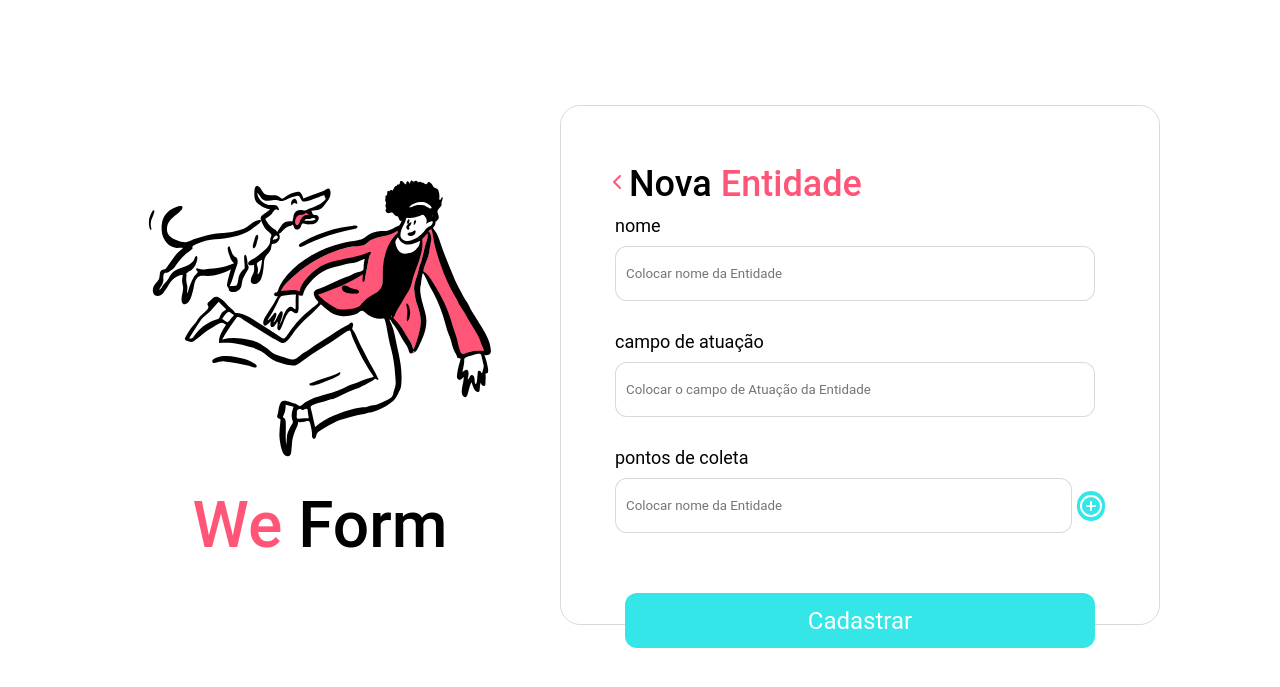
Repository: guilhermecardoso93/we-form
Page: nova-entidade.html
An editor plug-in stored every save of this project. The page is shown before and after a run of saves, followed by the edit.
The browser window is 1280 px wide. The pictures show the whole page.
Some web libraries are served in a nearby version.

Above is the page before, as saved 2024-06-09 18:24:08.

### nova-entidade.html
<!DOCTYPE html>
<html lang="pt-BR">

    <head>
        <meta charset="UTF-8">
        <meta name="viewport" content="width=device-width, initial-scale=1.0">
        <link rel="stylesheet"
            href="https://cdnjs.cloudflare.com/ajax/libs/font-awesome/5.13.1/css/all.min.css">
        <link rel="stylesheet" href="./styles.css">
        <title>We Form</title>
    </head>

    <body>
        <div class="content">

            <aside>
                <img src="./assets/hero.svg"
                    alt="Ilustração mulher com cachorro" />
                <h1>
                    <span>We</span> Form
                </h1>
            </aside>

            <main>
                <div class="header">
                    <a href="/">
                        <img src="./assets/arrow-back.svg" alt="seta" />
                        </a href="/">
                        <h2>Nova <span>Entidade</span></h2>
                    </div>

                    <form>
                        <label form="nome">Nome</label>
                        <input type="text"
                            placeholder="Colocar nome da Entidade" id="nome">

                        <label form="field">Campo de Atuação</label>
                        <input type="text"
                            placeholder="Colocar o campo de Atuação da Entidade"
                            id="field">

                        <div>
                            <label form="points">Pontos de coleta</label>
                            <div class="points-things">
                                <input type="text"
                                    placeholder="Colocar nome da Entidade"
                                    id="points">
                                <button>
                                    <img src="./assets/plus.svg" alt />
                                </button>
                            </div>

                        </div>
                    </form>
                    <div class="buttons">
                        <button>
                            <a href="http://">Cadastrar </a>
                        </div>

                    </main>
                </div>
            </body>

        </html>

### styles.css
* {
  padding: 0;
  margin: 0;
  box-sizing: border-box;
  font-family: Roboto, sans-serif;
}

:root {
  font-size: 62.5%;
  --border-color: .1rem solid rgba(0, 0, 0, 0.15);
}

body {
  font-size: 1.6rem;
  text-decoration: none;
}

.content {
  display: flex;
  flex-wrap: wrap-reverse;
  align-items: center;
  justify-content: center;
  gap: 4rem;
  margin: 10.5rem 0 4rem 0;
}


aside {
  display: flex;
  flex-direction: column;
  align-items: center;
  justify-content: center;
  gap: 2rem;
}

aside h1 {
  font-size: 6.4rem;
  font-weight: 500;
  line-height: 75px;
}

aside h1>span, main h2>span {
  color: #FF5678;
}

aside img {
  width: 40rem;
}


main {
  width: 60rem;
  height: 52rem;
  border: var(--border-color);
  border-radius: 20px;
  padding: 5.7rem 4.4rem;
}

main h2 {
  max-width: 43rem;
  font-size: 3.6rem;
  font-weight: 500;
}

.buttons {
  display: flex;
  flex-direction: column;
  justify-content: center;
  gap: 3.5rem;
  margin: 2rem;
}


.buttons button {
  background-color: #35e6e9;
  height: 5.5rem;
  border: none;
  border-radius: 12px;
}

.buttons button:hover {
  opacity: 0.5;
}

.buttons button a {
  text-decoration: none;
  color: #fff;
  font-size: 2.4rem;
}

.buttons button+button {
  background-color: #FF5678;
}

.footer {
  display: flex;
  flex-direction: column;
  align-items: center;
  justify-content: center;
  gap: 1rem;
}

.footer p {
  font-size: 1.6rem;
  margin-top: 8rem;
}

.footer a {
  font-size: 1.2rem;
  color: #000;
  text-decoration: none;
}

main form {
  display: flex;
  flex-direction: column;
  padding: 1rem;
}

main form input {
  width: 48rem;
  height: 5.5rem;
  background-color: #ffff;
  border: var(--border-color);
  border-radius: 12px;
  padding: 1rem;
  margin-bottom: 3rem;
}


main form label {
  font-size: 1.8rem;
  font-weight: 400;
  text-transform: lowercase;
  margin-bottom: 1rem;
  display: block;
}

.header {
  display: flex;
  align-items: center;
}

.points-things {
  display: flex;
  justify-content: space-between;
  align-items: center;
  gap: 0.5rem;
}

.points-things button {
  display: flex;
  border: none;
  border-radius: 50px;
  height: 30px;
  width: 30px;
  align-items: center;
  justify-content: center;
  background-color: #35e6e9;
  margin-bottom: 3rem;
}

### assets/arrow-back.svg
<svg xmlns="http://www.w3.org/2000/svg" width="24" height="24" viewBox="0 0 24 24" fill="none" stroke="#FF5678" stroke-width="2" stroke-linecap="round" stroke-linejoin="round" class="lucide lucide-chevron-left"><path d="m15 18-6-6 6-6"/></svg>

### assets/plus.svg
<svg xmlns="http://www.w3.org/2000/svg" width="24" height="24" viewBox="0 0 24 24" fill="none" stroke="#fff" stroke-width="2" stroke-linecap="round" stroke-linejoin="round" class="lucide lucide-circle-plus"><circle cx="12" cy="12" r="10"/><path d="M8 12h8"/><path d="M12 8v8"/></svg>

After the next 2 saves:
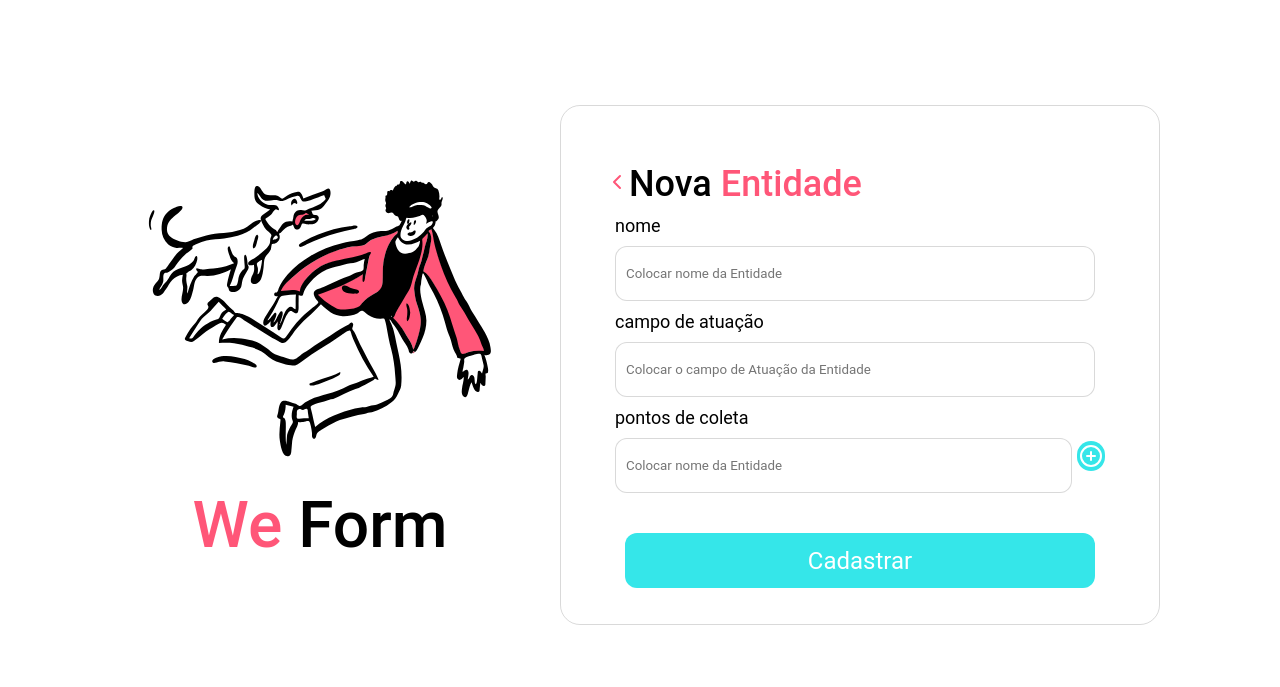
The 2 saves are shown as one change because they came seconds apart.
The last was saved 8 s later.
--- a/styles.css
+++ b/styles.css
@@ -124,7 +124,7 @@ main form input {
   border: var(--border-color);
   border-radius: 12px;
   padding: 1rem;
-  margin-bottom: 3rem;
+  margin-bottom: 1rem;
 }
 
 
